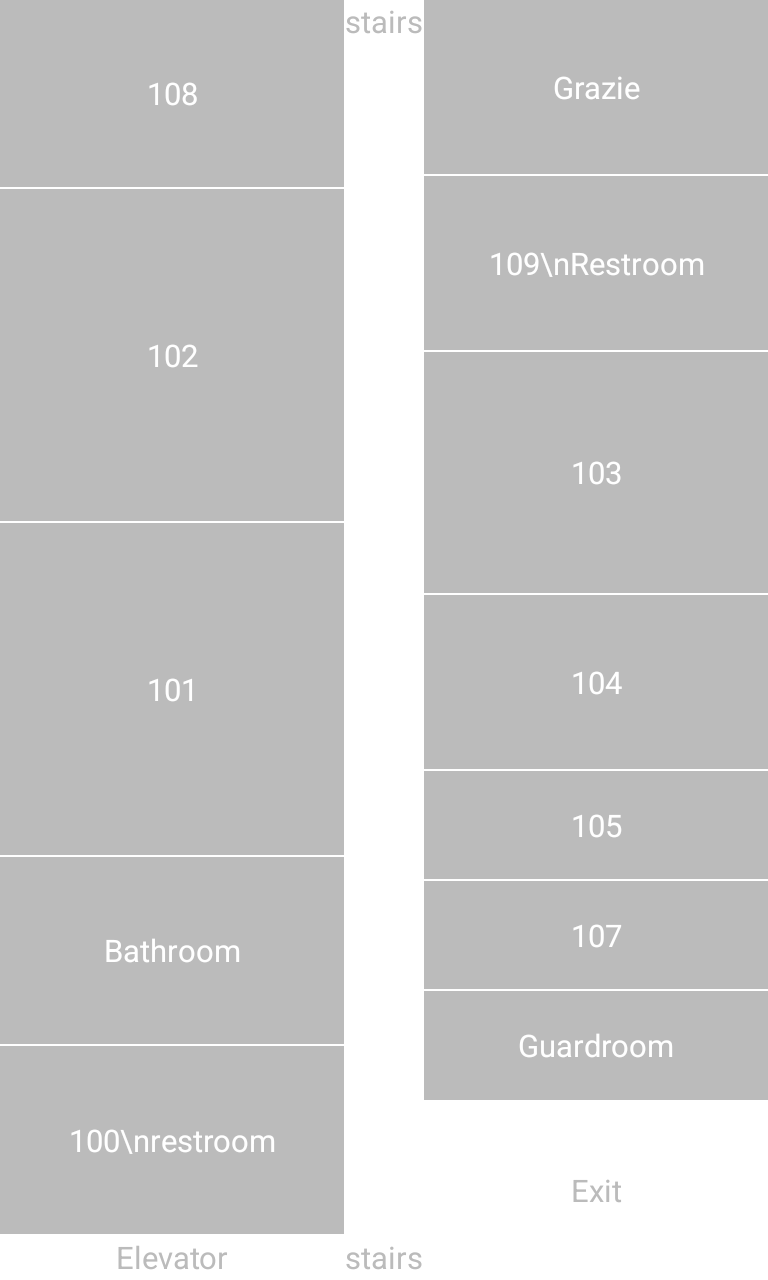
Repository: Choi-HyunWoo/Baddest
Layout: WorkOn_SELLA/workspace/BaddestHansung/res/layout/campus_gonghaka.xml
The author's editor kept a copy of each file at every save. The layout is drawn from the files as they stood at one save, then again after the next save.
It is drawn on a 768 x 1280 px phone screen (xhdpi) without system bars, with theme android:Theme.Light.NoTitleBar; the app's code is not run.

Above is the layout before, as saved 2014-05-29 12:14:35.

### WorkOn_SELLA/workspace/BaddestHansung/res/layout/campus_gonghaka.xml
<?xml version="1.0" encoding="utf-8"?>
<LinearLayout  xmlns:android="http://schemas.android.com/apk/res/android"
    android:layout_width="match_parent"
    android:layout_height="match_parent"
    android:orientation="horizontal" >

    <LinearLayout
        android:layout_width="fill_parent"
        android:layout_height="match_parent"
        android:layout_weight="1"
        android:orientation="vertical" >

        <Button
            android:text="108"
            style="@style/RoomButton" />
        <Button
            android:text="102"
            android:layout_weight="2"
            style="@style/RoomButton" />
        <Button
            android:text="101"
            android:layout_weight="2"
            style="@style/RoomButton" />
        <Button
            android:text="Bathroom"
            style="@style/RoomButton" />
        <Button
            android:text="100\nrestroom"
            style="@style/RoomButton" />
        <Button
            android:text="Elevator"
            android:layout_weight="0"
            style="@style/WhitePlace" />

    </LinearLayout>

    <RelativeLayout
    	android:layout_width="40dp"
        android:layout_height="match_parent"
        android:orientation="vertical" >
	    <TextView
	        android:text="stairs"
	        style="@style/WhitePlace"
	        android:layout_width="match_parent"
	        android:layout_height="wrap_content"
	        android:layout_alignParentTop="true" />
	    <TextView
	        android:text="stairs"
	        style="@style/WhitePlace"
	        android:layout_width="match_parent"
	        android:layout_height="wrap_content"
	        android:layout_alignParentBottom="true" />
	</RelativeLayout>

    <LinearLayout
        android:layout_width="fill_parent"
        android:layout_height="match_parent"
        android:layout_weight="1"
        android:orientation="vertical" >

        <Button
            android:text="Grazie"
            android:layout_weight="2"
            style="@style/RoomButton" />
        <Button
            android:text="109\nRestroom"
            android:layout_weight="2"
            style="@style/RoomButton" />
        <Button
            android:text="103"
            android:layout_weight="3"
            style="@style/RoomButton" />
        <Button
            android:text="104"
            android:layout_weight="2"
            style="@style/RoomButton" />
        <Button
            android:text="105"
            style="@style/RoomButton" />
        <Button
            android:text="107"
            style="@style/RoomButton" />
        <Button
            android:text="Guardroom"
            style="@style/RoomButton" />
        <Button
            android:text="Exit"
            android:layout_weight="2"
            style="@style/WhitePlace" />

    </LinearLayout>
</LinearLayout>

### WorkOn_SELLA/workspace/BaddestHansung/res/values/styles.xml
<resources xmlns:android="http://schemas.android.com/apk/res/android">

    <!--
        Base application theme, dependent on API level. This theme is replaced
        by AppBaseTheme from res/values-vXX/styles.xml on newer devices.
    -->
    <style name="AppBaseTheme" parent="Theme.AppCompat.Light">
        <!--
            Theme customizations available in newer API levels can go in
            res/values-vXX/styles.xml, while customizations related to
            backward-compatibility can go here.
        -->
    </style>

    <!-- Application theme. -->
    <style name="AppTheme" parent="AppBaseTheme">
        <!-- All customizations that are NOT specific to a particular API-level can go here. -->
    </style>

    <style name="BuildingButton">
        <item name="android:background">@drawable/bt_selector</item>
        <item name="android:textColor">@color/White</item>
        <item name="android:gravity">center</item>
        <item name="android:textSize">6pt</item>
        <item name="android:layout_gravity">fill</item>
        <item name="android:layout_margin">2dp</item>
    </style>
    <style name="MapOthers">
		<item name="android:background">@color/White</item>
        <item name="android:textColor">@color/LightGray</item>
        <item name="android:gravity">center</item>
        <item name="android:textSize">5pt</item>
        <item name="android:layout_gravity">fill</item>
        <item name="android:layout_margin">2dp</item>
    </style>

    <style name="RoomButton">
        <item name="android:background">@drawable/bt_selector</item>
		<item name="android:layout_width">match_parent</item>
        <item name="android:layout_height">wrap_content</item>
        <item name="android:layout_marginBottom">1dp</item>
        <item name="android:layout_weight">1</item>
        <item name="android:gravity">center</item>
        <item name="android:textColor">@color/White</item>
        <item name="android:textSize">7pt</item>
    </style>
    <style name="WhitePlace">
        <item name="android:background">@color/White</item>
		<item name="android:layout_width">match_parent</item>
        <item name="android:layout_height">wrap_content</item>
        <item name="android:layout_marginBottom">1dp</item>
        <item name="android:layout_weight">1</item>
        <item name="android:gravity">center</item>
        <item name="android:textColor">@color/LightGray</item>
        <item name="android:textSize">7pt</item>
    </style>

    <style name="FloorButton">
        <item name="android:background">@color/DarkGray</item>
		<item name="android:layout_width">wrap_content</item>
        <item name="android:layout_height">30dp</item>
        <item name="android:layout_marginRight">1dp</item>
        <item name="android:layout_weight">1</item>
        <item name="android:gravity">center</item>
        <item name="android:textColor">@color/White</item>
        <item name="android:textSize">6pt</item>
    </style>


</resources>

### WorkOn_SELLA/workspace/BaddestHansung/res/values/colors.xml
<?xml version="1.0" encoding="utf-8"?>
<resources>
    <color name="MainColor">#33B5E5</color>
    <color name="DarkSkyblue">#0099CC</color>
    <color name="White">#FFFFFF</color>
    <color name="Black">#000000</color>
    <color name="LightGray">#BBBBBB</color>
    <color name="DarkGray">#999999</color>
</resources>

### WorkOn_SELLA/workspace/BaddestHansung/res/drawable-hdpi/bt_selector.xml
<?xml version="1.0" encoding="utf-8"?>
<selector xmlns:android="http://schemas.android.com/apk/res/android" >
    <item android:state_pressed="true"
        android:drawable="@color/MainColor" /> <!-- pressed button color -->
    <item
        android:drawable="@color/LightGray" /> <!-- default button color -->
</selector>

After the next save:
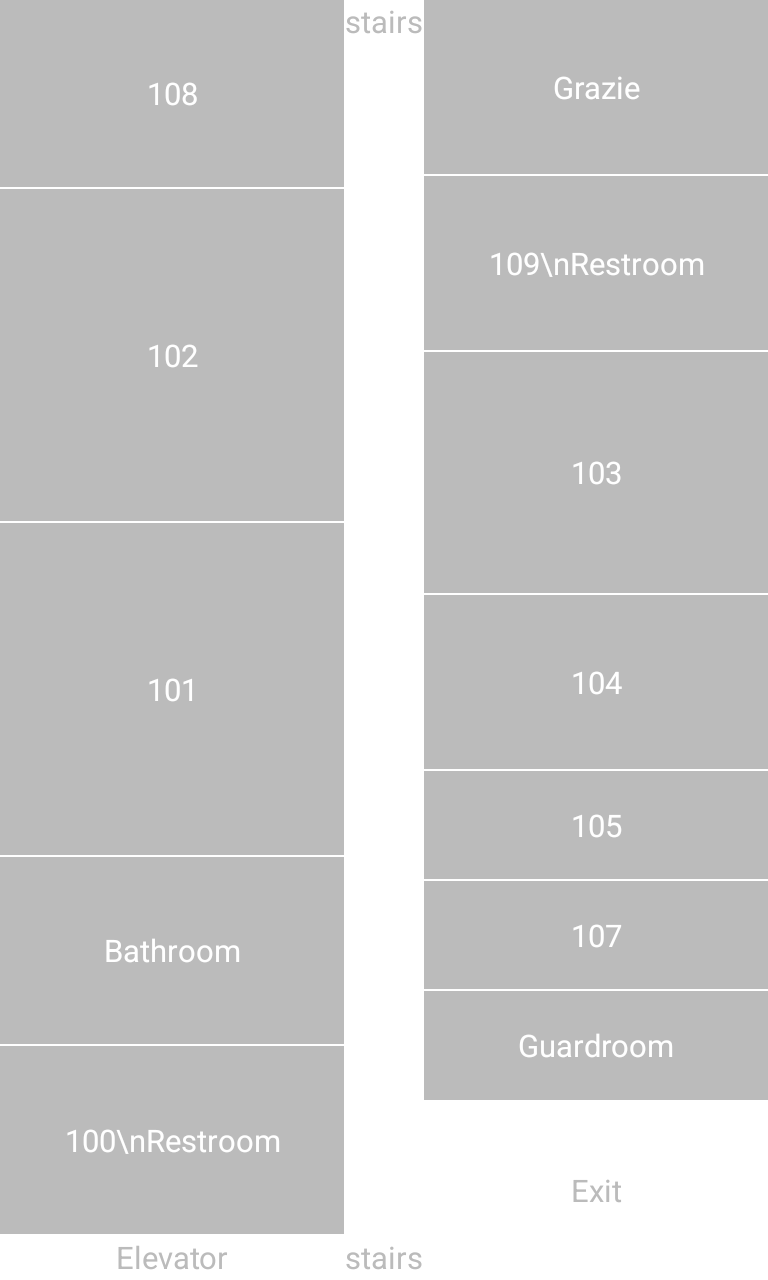
Saved 2 min 0 s later.
--- a/WorkOn_SELLA/workspace/BaddestHansung/res/layout/campus_gonghaka.xml
+++ b/WorkOn_SELLA/workspace/BaddestHansung/res/layout/campus_gonghaka.xml
@@ -25,7 +25,7 @@
             android:text="Bathroom"
             style="@style/RoomButton" />
         <Button
-            android:text="100\nrestroom"
+            android:text="100\nRestroom"
             style="@style/RoomButton" />
         <Button
             android:text="Elevator"
